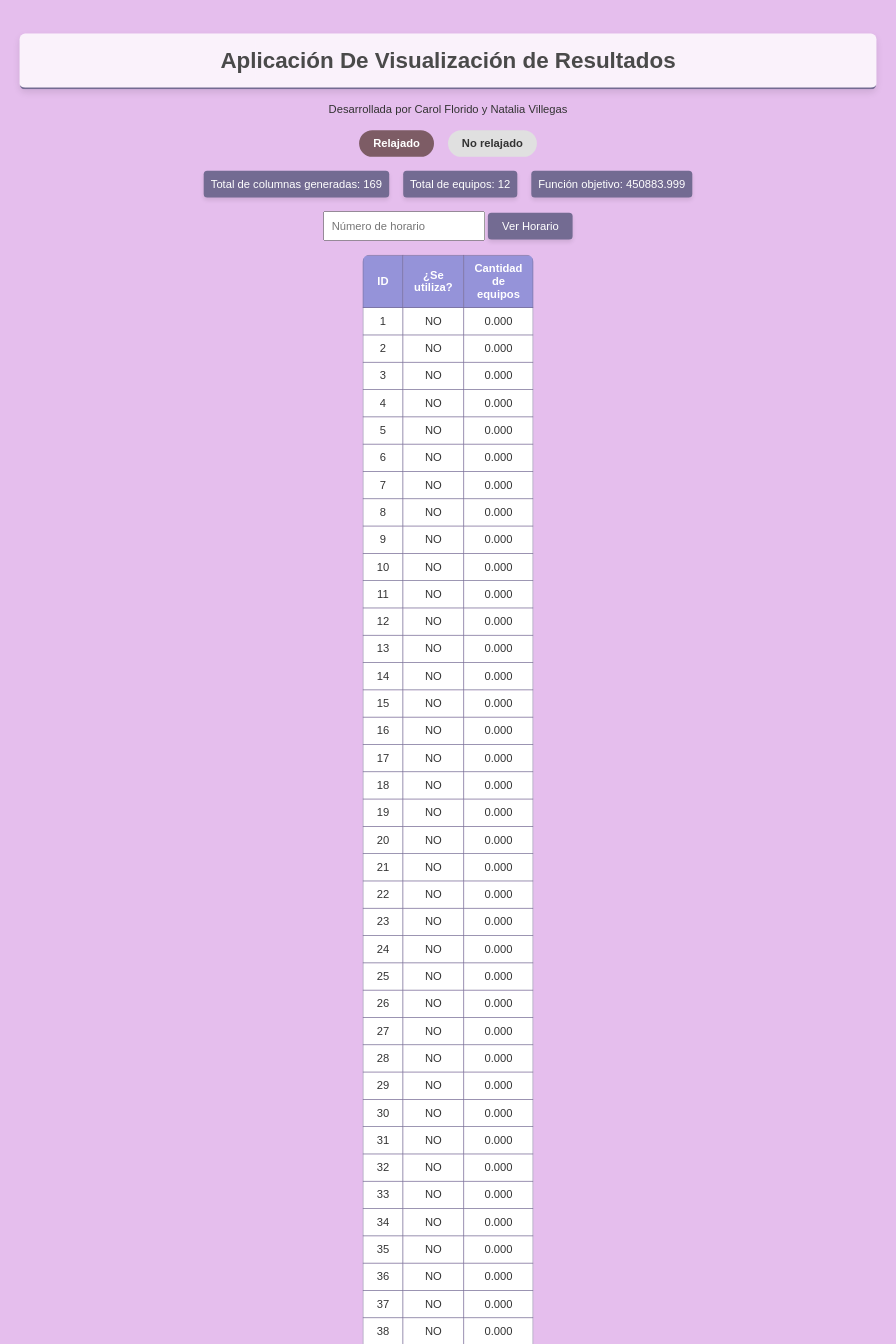
Repository: cflorido/Front_T3
Page: index.html
An editor plug-in stored every save of this project. The page is shown before and after the next save, followed by the edit.
The browser window is 1280 px wide. The pictures show the part of the page from y = 0 to 1920 px (the page is 7129 px tall), at 70% of full size.

Above is the page before, as saved 2024-10-22 23:42:10.

After the next save:
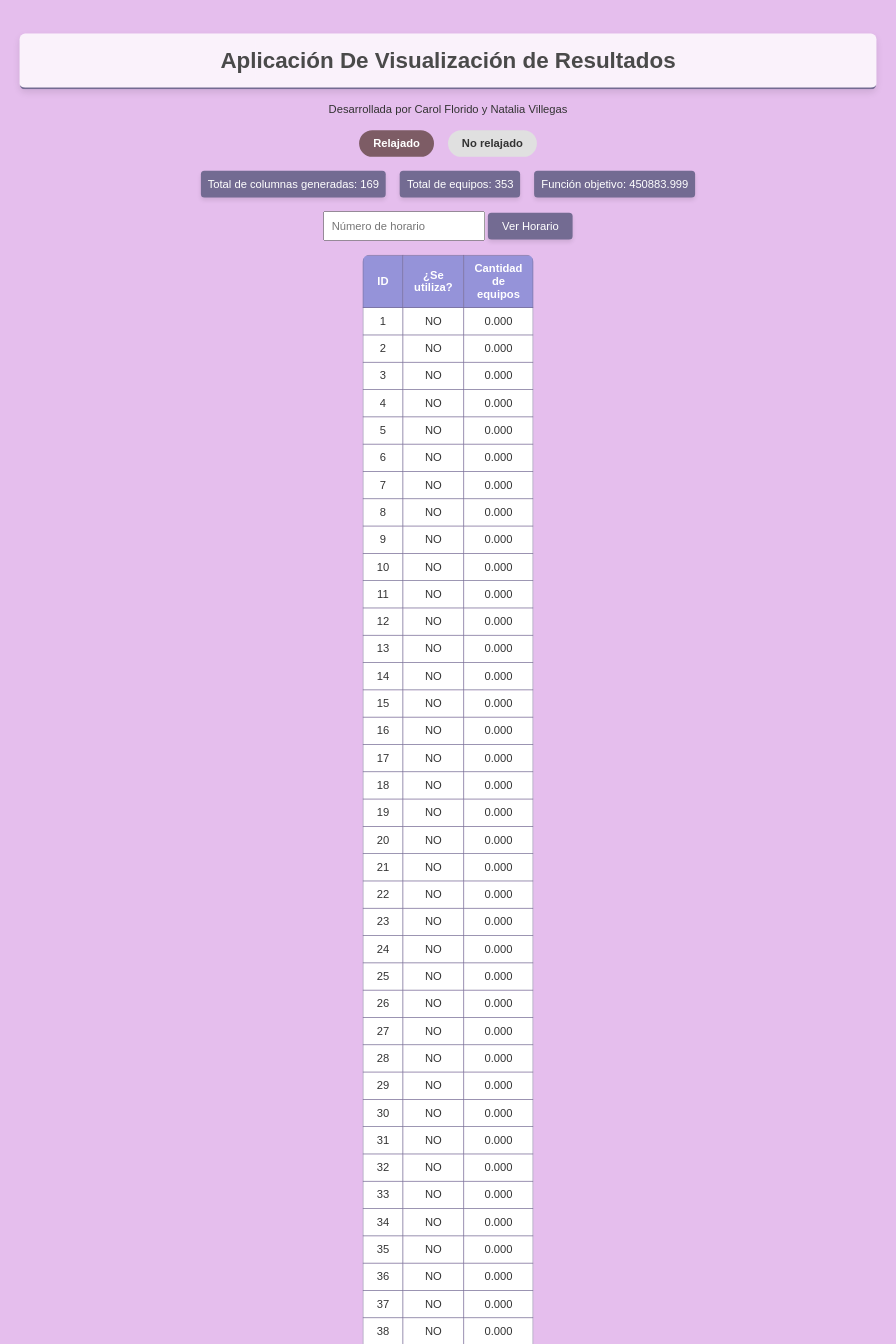
Saved 9 min 45 s later.
--- a/index.html
+++ b/index.html
@@ -171,7 +171,7 @@
 
     <div class="info-container">
         <div id="totalEquipos" class="info-box">Total de columnas generadas: 169</div>
-        <div id="equipos" class="info-box">Total de equipos: 12</div> <!-- Agregado -->
+        <div id="equipos" class="info-box">Total de equipos: 353</div> <!-- Agregado -->
         <div id="funcionObjetivo" class="info-box">Función objetivo: 450883.999</div> <!-- Agregado -->
     </div>
 
@@ -213,10 +213,10 @@
         function cambiarSolucion(numero) {
             solucionActual = numero;
             if (solucionActual === 1) {
-                document.getElementById('totalEquipos').textContent = 'Total de equipos: 16';
+                document.getElementById('totalEquipos').textContent = 'Total de equipos: 353';
                 document.getElementById('funcionObjetivo').textContent = 'Función objetivo: 13';
             } else {
-                document.getElementById('totalEquipos').textContent = 'Total de equipos: 12';
+                document.getElementById('totalEquipos').textContent = 'Total de equipos: 356';
                 document.getElementById('funcionObjetivo').textContent = 'Función objetivo: 450883.999';
             }
             cargarContenido(); // Recargar el contenido con la solución seleccionada
@@ -243,25 +243,25 @@
         });
 
     // Cargar el contenido del archivo de equipos según la solución seleccionada
-    fetch(archivoEquipos)
-        .then(response => {
-            if (!response.ok) {
-                throw new Error('Error al cargar el archivo de equipos: ' + response.statusText);
-            }
-            return response.text();
-        })
-        .then(data => {
-            equipos = data.split('\n').map(line => {
-                const [numero, cantidad] = line.split(',').map(Number);
-                return { numero, cantidad: parseFloat(cantidad).toFixed(3) }; // Redondear a 3 decimales
+        fetch(archivoEquipos)
+            .then(response => {
+                if (!response.ok) {
+                    throw new Error('Error al cargar el archivo de equipos: ' + response.statusText);
+                }
+                return response.text();
+            })
+            .then(data => {
+                equipos = data.split('\n').map(line => {
+                    const [numero, cantidad] = line.split(',').map(Number);
+                    return { numero, cantidad: parseFloat(cantidad).toFixed(3) }; // Redondear a 3 decimales
+                });
+                mostrarEquipos(); // Mostrar la tabla de equipos
+            })
+            .catch(error => {
+                console.error(error);
+                alert('No se pudo cargar el contenido de equipos.');
             });
-            mostrarEquipos(); // Mostrar la tabla de equipos
-        })
-        .catch(error => {
-            console.error(error);
-            alert('No se pudo cargar el contenido de equipos.');
-        });
-}
+    }
 
         // Función para mostrar la tabla de equipos
         function mostrarEquipos() {
